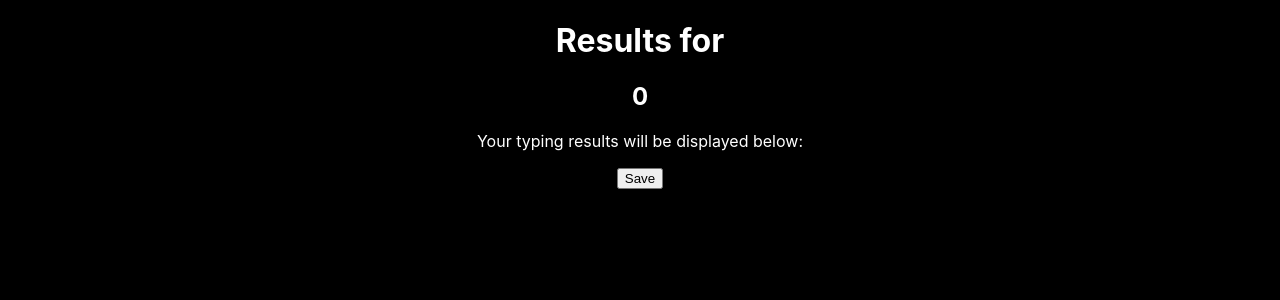
Repository: abhaysharma20233009/swiftKey
Page: /results (app in frontend/my-app/)
An editor plug-in stored every save of this project. The page is shown before and after the next save, followed by the edit.
The browser window is 1280 px wide. The pictures show the whole page.
The page's requests for data from a server got no answer. The project was rebuilt for these pictures with package versions that can differ from the ones it lists, and the page was loaded fresh each time. No one was signed in, and anything a server would have sent is missing. Also part of the build but not shown: frontend/my-app/src/Swifts.js, frontend/my-app/src/Login.js.

Above is the page before, as saved 2024-10-10 15:43:32.

### frontend/my-app/src/App.js
//App.js

import './App.css';
import React from 'react';
import { BrowserRouter as Router, Route, Routes } from 'react-router-dom';
import Swift from './Swifts';
import Results from './Results';
import Login from './Login';
const App = () => {
    return (
        <Router>
			<div className="App">
            <Routes>
                <Route path="/" element={<Swift />} />
                <Route path="/results" element={<Results />} />
                <Route path="/login" element={<Login />} />
            </Routes>
			</div>
        </Router>
    );
};

export default App;

### frontend/my-app/src/App.css
.App {
  text-align: center;
  color:white;
}

body{
  background-color:black;
}

.log{
  color:black;
  margin-left: 10px;
  margin-right: 10px;
  background-color: skyblue;
  border-radius: 10px;
  height:50px;
  width:200px;
  justify-self: end;
  font-size: x-large;
}



.para{
  width:10%;
}


.lo{
  text-align: center;
}

### frontend/my-app/src/Results.js
import React, { useState, useEffect } from 'react';
import { useLocation } from 'react-router-dom';

function Results() {
    const [info, setInfo] = useState([]);
    const location = useLocation();
    const wordTyped = location.state?.currentWordIndex || 0; // Get currentWordIndex from state
    const username = location.state?.username || '';

    const fetchUser = async () => {
        try {
            const response = await fetch('http://localhost:7000/update_info');
            const data = await response.json();
            // Filter data for the specific user
            const userData = data.filter((msg) => msg.username === username);
            setInfo(userData);
        } catch (error) {
            console.error('Error fetching info:', error);
        }
    };

    const saveResults = async () => {
        try {
            const response = await fetch('http://localhost:7000/check-user', {
                method: 'POST',
                headers: {
                    'Content-Type': 'application/json',
                },
                body: JSON.stringify({ username }),
            });

            if (response.ok) {
                try {
                    await fetch('http://localhost:7000/update_info', {
                        method: 'POST',
                        headers: {
                            'Content-Type': 'application/json',
                        },
                        body: JSON.stringify({ username, wordTyped }),
                    });
                    await fetchUser(); // Fetch updated user data
                } catch (error) {
                    console.error('Error saving results:', error);
                }
            }
        } catch (error) {
            console.error('Error checking user:', error);
        }
    };

    // Fetch user data on component mount
    useEffect(() => {
        fetchUser();
    }, []);

    return (
        <div style={{ textAlign: 'center', marginTop: '20px' }}>
            <h1>Results for {username}</h1> {/* Display username here */}
            <h2>{wordTyped}</h2>
            <p>Your typing results will be displayed below:</p>
            <ul>
                {info.map((msg) => (
                    msg.words_typed.map((wordObj, index) => (
                        <li key={`${msg._id}-${index}`}>
                            <strong>   {wordObj.word}            :</strong>{new Date(wordObj.timestamp).toLocaleString()}
                        </li>
                    ))
                ))}
            </ul>
            <button onClick={saveResults}>Save</button>
        </div>
    );
}

export default Results;

Loaded but not shown: frontend/my-app/public/index.html (common file); frontend/my-app/src/index.js (common file); frontend/my-app/src/index.css (common file); frontend/my-app/src/reportWebVitals.js (common file)

After the next save:
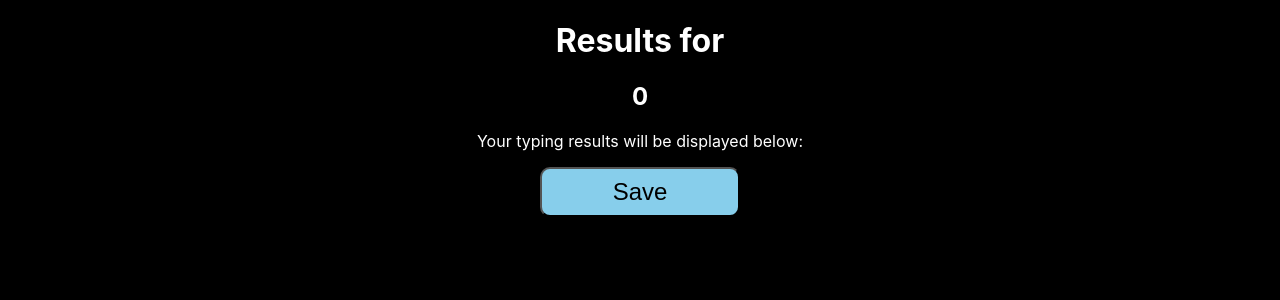
Saved 69 s later.
--- a/frontend/my-app/src/Results.js
+++ b/frontend/my-app/src/Results.js
@@ -67,7 +67,7 @@ function Results() {
                     ))
                 ))}
             </ul>
-            <button onClick={saveResults}>Save</button>
+            <button className ="log" onClick={saveResults}>Save</button>
         </div>
     );
 }
